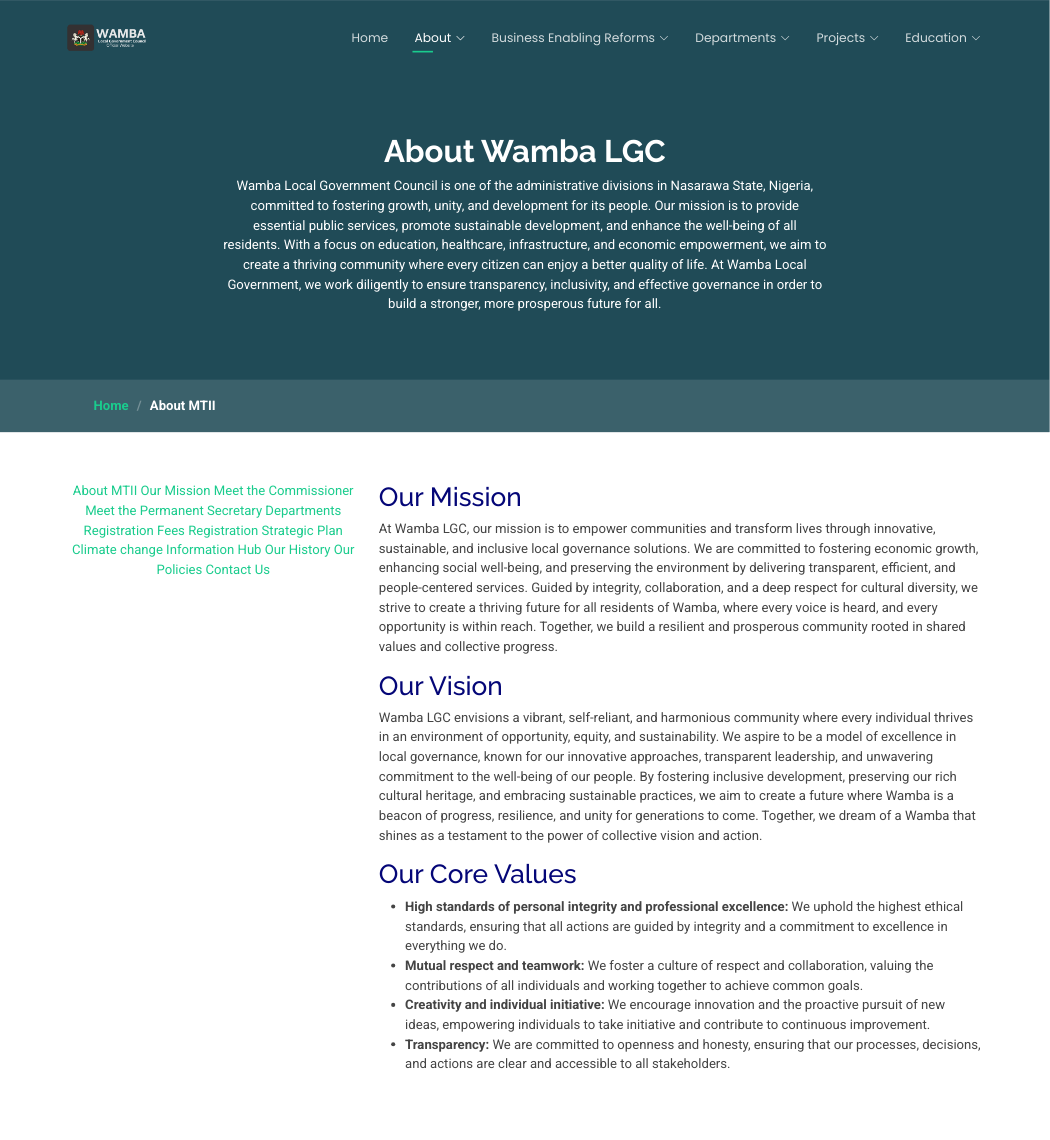
Repository: GlorifiedIntel/wamba-lgc
Page: about-wamba.html
The author's editor kept a copy of each file at every save. The page is drawn from the files as they stood at one save, then again after the next save.
The browser window is 1280 px wide. The pictures show the part of the page from y = 0 to 1390 px (the page is 3123 px tall before and 3099 px after), at 82% of full size.
A picture or video elsewhere on the page could not be fetched, so the positions and the page height are approximate.

Above is the page before, as saved 2025-02-06 01:43:31.
Console error: TypeError: Cannot read properties of null (reading 'click')

### about-wamba.html
<!DOCTYPE html>
<html lang="en">

<head>
  <meta charset="utf-8">
  <meta http-equiv="X-UA-Compatible" content="IE=edge">
  <meta name="viewport" content="width=device-width, initial-scale=1.0">
  <meta name="format-detection" content="telephone=no">
  <meta name="apple-mobile-web-app-capable" content="yes">
  <meta name="author" content="Kevin Cross Minchakpu">
  <meta name="keywords" content="Wamba, Nasarawa, Industry, Trade, Investment, Entrepreneur">
  <meta name="description" content="Wamba Local Government Council is one of the administrative divisions within Nasarawa State, Nigeria. It is located in the northern part of the state and is predominantly inhabited by diverse ethnic groups, including Rindre, and other indigenous communities.Wamba Local Government Council is one of the administrative divisions within Nasarawa State, Nigeria. It is located in the northern part of the state and is predominantly inhabited by diverse ethnic groups, including Rindre, and other indigenous communities.">
  <title>Wamba Local Government Council</title>

  <!-- Favicons -->
  <link href="assets/img/favicon.png" rel="icon">
  <link href="assets/img/apple-touch-icon.png" rel="apple-touch-icon">

  <!-- Fonts -->
  <link href="https://fonts.googleapis.com" rel="preconnect">
  <link href="https://fonts.gstatic.com" rel="preconnect" crossorigin>
  <link href="https://fonts.googleapis.com/css2?family=Roboto:ital,wght@0,100;0,300;0,400;0,500;0,700;0,900;1,100;1,300;1,400;1,500;1,700;1,900&family=Poppins:ital,wght@0,100;0,200;0,300;0,400;0,500;0,600;0,700;0,800;0,900;1,100;1,200;1,300;1,400;1,500;1,600;1,700;1,800;1,900&family=Raleway:ital,wght@0,100;0,200;0,300;0,400;0,500;0,600;0,700;0,800;0,900;1,100;1,200;1,300;1,400;1,500;1,600;1,700;1,800;1,900&display=swap" rel="stylesheet">

  <!-- Vendor CSS Files -->
  <link href="assets/vendor/bootstrap/css/bootstrap.min.css" rel="stylesheet">
  <link href="assets/vendor/bootstrap-icons/bootstrap-icons.css" rel="stylesheet">
  <link href="assets/vendor/aos/aos.css" rel="stylesheet">
  <link href="assets/vendor/glightbox/css/glightbox.min.css" rel="stylesheet">
  <link href="assets/vendor/swiper/swiper-bundle.min.css" rel="stylesheet">

  <!-- Main CSS File -->
  <link href="assets/css/main.css" rel="stylesheet">
</head>

<body class="index-page">
  <header id="header" class="header d-flex align-items-center fixed-top dark-background">
    <div class="container-fluid container-xl position-relative d-flex align-items-center justify-content-between">
      <a href="index.html" class="logo d-flex align-items-center">
        <img src="assets/img/wamba-logo.png" alt="Wamba Logo" >
      </a>
      <nav id="navmenu" class="navmenu">
        <ul>
          <li><a href="index.html">Home</a></li>
          <li class="dropdown"><a href="about-mtii.html" class="active"><span>About</span> <i class="bi bi-chevron-down toggle-dropdown"></i></a>
            <ul>
              <li><a href="about-wamba.html">Wamba LGC</a></li>
                  <li><a href="wamba-history.html">Wamba History</a></li>
                  <li><a href="the-chairman.html" >The Executive Chairman</a></li>
                  <li><a href="the-deputy.html" >The Deputy Chairman</a></li>
                  <li><a href="the-secretary.html" >The Secretary</a></li>
                  <li><a href="directors.html" >Our Legislators</a></li>
                  <li><a href="contact-us.html" >Our Contact</a></li>
            </ul>
          </li>

          <li class="dropdown"><a href="#"><span>Business Enabling Reforms</span> <i class="bi bi-chevron-down toggle-dropdown"></i></a>
            <ul>
              <li><a href="business-plans.html">Business Enabling Action Plan</a></li>
                  <li><a href="grievance.html">Grievance Redress Mechanism</a></li>
                  <li><a href="application-guidelines.html" >Application Guidelines</a></li>
                  <li><a href="legal-framework.html" >Legal Framework</a></li>
                  <li><a href="investment-opportunities.html" >Investment Opportunities</a></li>
              </ul>
          </li>

          <li class="dropdown"><a href="departments.html"><span>Departments</span> <i class="bi bi-chevron-down toggle-dropdown"></i></a>
            <ul>
              <li><a href="admin.html">Administration</a></li>
              <li><a href="agriculture.html">Agriculture</a></li>
              <li><a href="education.html">Education</a></li>
              <li><a href="environment.html">Environmental</a></li>
              <li><a href="finance.html">Finance and Accounts</a></li>
              <li><a href="health.html">Health</a></li>
              <li><a href="all-departments.html">More Departments</a></li>
            </ul>
          </li>

          <li class="dropdown"><a href="projects.html"><span>Projects</span> <i class="bi bi-chevron-down toggle-dropdown"></i></a>
            <ul>
              <li><a href="completed.html">Completed Projects</a></li>
                  <li><a href="ongoing.html">Ongoing Projects</a></li>
                  <li><a href="proposed.html" >Proposed Projects</a></li>
            </ul>
          </li>

          <li class="dropdown"><a href="registration.html"><span>Education</span> <i class="bi bi-chevron-down toggle-dropdown"></i></a>
            <ul>
              <li><a href="ubec.html">UBEC</a></li>
                  <li><a href="secondary-schools.html">Secondary Schools</a></li>
                  <li><a href="private-schools.html" >Private Schools</a></li>
                  <li><a href="relevant-tech.html" >Relevant Technology</a></li>
                  <li><a href="faqs.html" >FAQs</a></li>
            </ul>
          </li>
        </ul>
        <i class="mobile-nav-toggle d-xl-none bi bi-list"></i>
      </nav>

    </div>
  </header>

  <!-- Main Start -->
  <main class="main">
    <!-- Page Title -->
    <div class="page-title dark-background" data-aos="fade">
      <div class="heading">
        <div class="container">
          <div class="row d-flex justify-content-center text-center">
            <div class="col-lg-8">
              <h1>About Wamba LGC</h1>
              <p class="mb-0">Wamba Local Government Council is one of the administrative divisions in Nasarawa State, Nigeria, committed to fostering growth, unity, and development for its people. Our mission is to provide essential public services, promote sustainable development, and enhance the well-being of all residents. With a focus on education, healthcare, infrastructure, and economic empowerment, we aim to create a thriving community where every citizen can enjoy a better quality of life. At Wamba Local Government, we work diligently to ensure transparency, inclusivity, and effective governance in order to build a stronger, more prosperous future for all.</p>
            </div>
          </div>
        </div>
      </div>
      <nav class="breadcrumbs">
        <div class="container">
          <ol>
            <li><a href="index.html">Home</a></li>
            <li class="current">About MTII</li>
          </ol>
        </div>
      </nav>
    </div><!-- End Page Title -->
    </section><!-- Section End -->
    <!-- Section Begin -->
<section id="starter-section" class="starter-section section">
  <div class="container text-center">
    <div class="row justify-content-start">
      <div class="col-md-4 left-column">
        <div class="mtii-vertical-menu">
          <a href="about-mtii.html" class="active">About MTII</a>
          <a href="about-mtii.html">Our Mission</a>
          <a href="the-commissioner.html">Meet the Commissioner</a>
          <a href="the-secretary.html">Meet the Permanent Secretary</a>
          <a href="departments.html">Departments</a>
          <a href="registration-fee.html">Registration Fees</a>
          <a href="online-registration.html">Registration</a>
          <a href="strategic-plans.html">Strategic Plan</a>
          <a href="climate-change.html">Climate change Information Hub</a>
          <a href="our-history.html">Our History</a>
          <a href="our-policies.html">Our Policies</a>
          <a href="contact-us.html">Contact Us</a>
        </div>
      </div>
      <div class="col-md-8 right-column text-start">
        <h2>Our Mission</h2>
    <p>At Wamba LGC, our mission is to empower communities and transform lives through innovative, sustainable, and inclusive local governance solutions. We are committed to fostering economic growth, enhancing social well-being, and preserving the environment by delivering transparent, efficient, and people-centered services. Guided by integrity, collaboration, and a deep respect for cultural diversity, we strive to create a thriving future for all residents of Wamba, where every voice is heard, and every opportunity is within reach. Together, we build a resilient and prosperous community rooted in shared values and collective progress.</p>

    <h2>Our Vision</h2>
    <p>Wamba LGC envisions a vibrant, self-reliant, and harmonious community where every individual thrives in an environment of opportunity, equity, and sustainability. We aspire to be a model of excellence in local governance, known for our innovative approaches, transparent leadership, and unwavering commitment to the well-being of our people. By fostering inclusive development, preserving our rich cultural heritage, and embracing sustainable practices, we aim to create a future where Wamba is a beacon of progress, resilience, and unity for generations to come. Together, we dream of a Wamba that shines as a testament to the power of collective vision and action.</p>

    <h2>Our Core Values</h2>
    <ul>
        <li><strong>High standards of personal integrity and professional excellence:</strong> We uphold the highest ethical standards, ensuring that all actions are guided by integrity and a commitment to excellence in everything we do.</li>
        <li><strong>Mutual respect and teamwork:</strong> We foster a culture of respect and collaboration, valuing the contributions of all individuals and working together to achieve common goals.</li>
        <li><strong>Creativity and individual initiative:</strong> We encourage innovation and the proactive pursuit of new ideas, empowering individuals to take initiative and contribute to continuous improvement.</li>
        <li><strong>Transparency:</strong> We are committed to openness and honesty, ensuring that our processes, decisions, and actions are clear and accessible to all stakeholders.</li>
    </ul>
</div>
</section><!-- /Section end -->
</main>
<!--Main End-->
    <section class="py-5">
      <div class="container">
        <div class="row gx-4 align-items-center">
          <div class="col-md-6 order-2 order-lg-1">
            <div class="me-md-2 me-lg-5 text-center mt-5 mt-md-0">
              <span class="text-muted">Our Goals</span>
              <h2 class="display-5 fw-bold">Our Strategic Goals</h2>
              <p class="elhanan">Business innovation, equity, and resilience are the core principles that guide the efforts of the Nasarawa State Ministry of Trade, Industry, and Investment. These principles are fundamental to our primary objective of enhancing Nasarawa State’s competitiveness in the global economy. The Ministry is committed to a singular, overarching goal: to improve Nasarawa’s economic competitiveness both locally and globally. Each of the Ministry's strategic goals is designed to advance this mission and support the achievement of this critical objective.</p>
            </div>
          </div>
          <div class="col-md-6 order-1 order-lg-2">
            <div class="ms-md-2 ms-lg-5"><img class="img-fluid rounded-3" src="./assets/img/market.jpg"></div>
          </div>
        </div>
      </div>
    </section>
    <section class="jane">
      <div class="row justify-content-center">
        <div class="col-md-8">
          <h4 class="display-6 fw-bold">Our Strategic Objectives</h4>
          <ol class="list-group list-group-numbered">
            <li class="list-group-item">Improve and Drive Nasarawa State's Agriculture, Innovation and Global Competitiveness</li>
            <li class="list-group-item">Promotes Inclusive Equitable Economic Growth</li>
            <li class="list-group-item">Help Local Farmers address the Climate Crisis Through Mitigation, Adaptation, and Resilience Efforts</li>
            <li class="list-group-item">Use Data to Expand Opportunity and Discovery within the State</li>
            <li class="list-group-item">Provide 21st Century Service with 21st Century Capabilities and Innovations</li>
          </ol>
        </div>
        <div class="col-md-4">
          <p class="elhanan fw-bold">More about MTII</p>
          <ul class="nana">
            <li><a href="leadership.html">MTII Leadership</a></li>
            <li><a href="the-commissioner.html">Office of the Honourable Commissioner</a></li>
            <li><a href="the-secretary.html">Office of the Permanent Secretary</a></li>
          </ul>

          <p class="elhanan fw-bold">Portals and Partners</p>
          <ul class="nana">
            <li><a href="#">Nasarawa Central Billing System</a></li>
            <li><a href="https://nasarawaigr.com/">Nasarawa Inland Revenue Service</a></li>
            <li><a href="https://www.firs.gov.ng/">Federal Inland Revenue Service</a></li>
            <li><a href="http://nid.fmiti.gov.ng/">Federal Ministry of Industry Trade and Investment</a></li>
            <li><a href="https://www.cac.gov.ng/">Corporate Affairs Commission</a></li>
            <li><a href="https://www.worldbank.org/ext/en/home">The World Bank</a></li>
          </ul>
      </div>
      </div>
    </section>

    <section>
      <div class="container text-center">
        <div class="row align-items-start">
          <h2 class="display-6">Quick Links</h2>
          <div class="col text-start quick-links">
            <ul>
              <li><a href="about-mtii.html">About Us</a></li>
              <li><a href="about-mtii.html">Our Mission</a></li>
              <li><a href="the-commissioner.html">Meet the Commissioner</a></li>
              <li><a href="the-secretary.html">Meet the Permanent Secretary</a></li>
              <li><a href="departments.html">Departments</a></li>
              <li><a href="strategic-plans.html">Strategic Plan</a></li>
              <li><a href="climate-change.html">Covid-19 Information Hub</a></li>
              <li><a href="our-history.html">Our History</a></li>
              <li><a href="our-policies.html">Our Policies</a></li>
              <li><a href="contact-us.html">Contact Us</a></li>
            </ul>
          </div>
          <div class="col text-start quick-links">
            <ul>
              <li><a href="howtoregister.html">How to Register</a></li>
              <li><a href="online-registration.html">Register</a></li>
              <li><a href="business-name.html">Register Business Name</a></li>
              <li><a href="business-premises.html">Register Business Premises</a></li>
              <li><a href="cooperative.html">Register Cooperative</a></li>
              <li><a href="cooperative.html">Register NGO/CBO</a></li>
              <li><a href="cooperative.html">Register FBO</a></li>
              <li><a href="investment.html">Haulage</a></li>
              <li><a href="investment.html">NAS Spring Waters</a></li>
            </ul>
           </div>
          <div class="col text-start quick-links">
            <ul>
              <li><a href="business-reforms.html">Business Enabling Reforms</a></li>
              <li><a href="grievance.html">Grievance Redress Mechanism</a></li>
              <li><a href="application-guidelines.html">Application Guidelines</a></li>
              <li><a href="legal-framework.html">Legal Framework</a></li>
              <li><a href="investment-opportunities.html">Investment Opportunities</a></li>
              <li><a href="completed.html">Completed Projects</a></li>
              <li><a href="ongoing.html">Ongoing Projects</a></li>
              <li><a href="proposed.html">Proposed Projects</a></li>
            </ul>
          </div>
        </div>
      </div>
    </section>
  </main>

  <!--Main End-->

<!--Footer Start-->
<footer id="footer" class="footer dark-background">

  <div class="container footer-top">
    <div class="row gy-4">
      <div class="col-lg-4 col-md-6 footer-about">
        <a href="index.html" class="logo d-flex align-items-center">
          <span class="sitename">Nasarawa MTII</span>
        </a>
        <div class="footer-contact pt-3">
          <p>Beside St. Williams Catholic Church,</p>
          <p>Jos Road,</p>
          <p>Lafia, Nasarawa State 535022</p>
          <p class="mt-3"><strong>Phone:</strong> <span>+234 5589 55488 55</span></p>
          <p><strong>Email:</strong> <span>info@mtiinasarawa.com.ng</span></p>
        </div>
        <div class="social-links d-flex mt-4">
          <a href=""><i class="bi bi-twitter-x"></i></a>
          <a href=""><i class="bi bi-facebook"></i></a>
          <a href=""><i class="bi bi-instagram"></i></a>
          <a href=""><i class="bi bi-linkedin"></i></a>
        </div>
      </div>

      <div class="col-lg-2 col-md-3 footer-links">
        <h4>Useful Links</h4>
        <ul>
          <li><a href="index.html">Home</a></li>
          <li><a href="about-mtii.html">About us</a></li>
          <li><a href="services.html">Services</a></li>
          <li><a href="terms-of-use.html">Terms of service</a></li>
          <li><a href="privacy-policy.html">Privacy policy</a></li>
        </ul>
      </div>

      <div class="col-lg-2 col-md-3 footer-links">
        <h4>Our Services</h4>
        <ul>
          <li><a href="business-premises.html">Business Premises Registration</a></li>
          <li><a href="ngo-cbo-registration.html">NGOs/CBOs Registration</a></li>
          <li><a href="fbo-registration.html">FBOS Registration</a></li>
          <li><a href="cooperative-registration.html">Co-operative Society Registration</a></li>
          <li><a href="rent.html">Rent/Leasing/Haulage</a></li>
        </ul>
      </div>

      <div class="col-lg-4 col-md-12 footer-newsletter">
        <h4>Our Newsletter</h4>
        <p>Subscribe to our newsletter and receive the latest news about our services!</p>
        <form action="forms/newsletter.php" method="post" class="php-email-form">
          <div class="newsletter-form"><input type="email" name="email"><input type="submit" value="Subscribe"></div>
          <div class="loading">Loading</div>
          <div class="error-message"></div>
          <div class="sent-message">Your subscription request has been sent. Thank you!</div>
        </form>
      </div>

    </div>
  </div>

  <div class="container-fluid copyright text-center mt-4 bg-dark">
    <p>© <span>Copyright</span> <strong class="px-1 sitename">Nasarawa State MTII</strong> <span>All Rights Reserved</span></p>
    <div class="credits">
      Designed & Developed by <a href="https://kevinomics.com/">Kevin Cross Minchakpu</a> Powered By <a href="https://octatesystems.com">Octate Systems</a>
    </div>
  </div>

</footer>

<!-- Scroll Top -->

<button id="scroll-top" class="scroll-top d-flex bg-dark align-items-center justify-content-center"><i class="bi bi-arrow-up-short"></i></button>
<!-- Preloader -->
<div id="preloader"></div>

<!-- Vendor JS Files -->
<script src="assets/vendor/bootstrap/js/bootstrap.bundle.min.js"></script>
<script src="assets/vendor/php-email-form/validate.js"></script>
<script src="assets/vendor/aos/aos.js"></script>
<script src="assets/vendor/glightbox/js/glightbox.min.js"></script>
<script src="assets/vendor/purecounter/purecounter_vanilla.js"></script>
<script src="assets/vendor/swiper/swiper-bundle.min.js"></script>

<!-- Main JS File -->
<script src="assets/js/main.js"></script>
<script src="assets/js/reforms.js"></script>

</body>

</html>

Loaded but not shown: assets/vendor/bootstrap/css/bootstrap.min.css (library); assets/vendor/bootstrap-icons/bootstrap-icons.css (library); assets/vendor/aos/aos.css (library); assets/vendor/glightbox/css/glightbox.min.css (library); assets/vendor/swiper/swiper-bundle.min.css (library); assets/vendor/bootstrap/js/bootstrap.bundle.min.js (library); assets/vendor/php-email-form/validate.js (common file); assets/vendor/aos/aos.js (library); assets/vendor/glightbox/js/glightbox.min.js (library); assets/vendor/purecounter/purecounter_vanilla.js (library); assets/vendor/swiper/swiper-bundle.min.js (library); assets/js/main.js (181 lines, source omitted); assets/js/reforms.js (43 lines, source omitted); assets/css/main.css (1741 lines, source omitted)

After the next save:
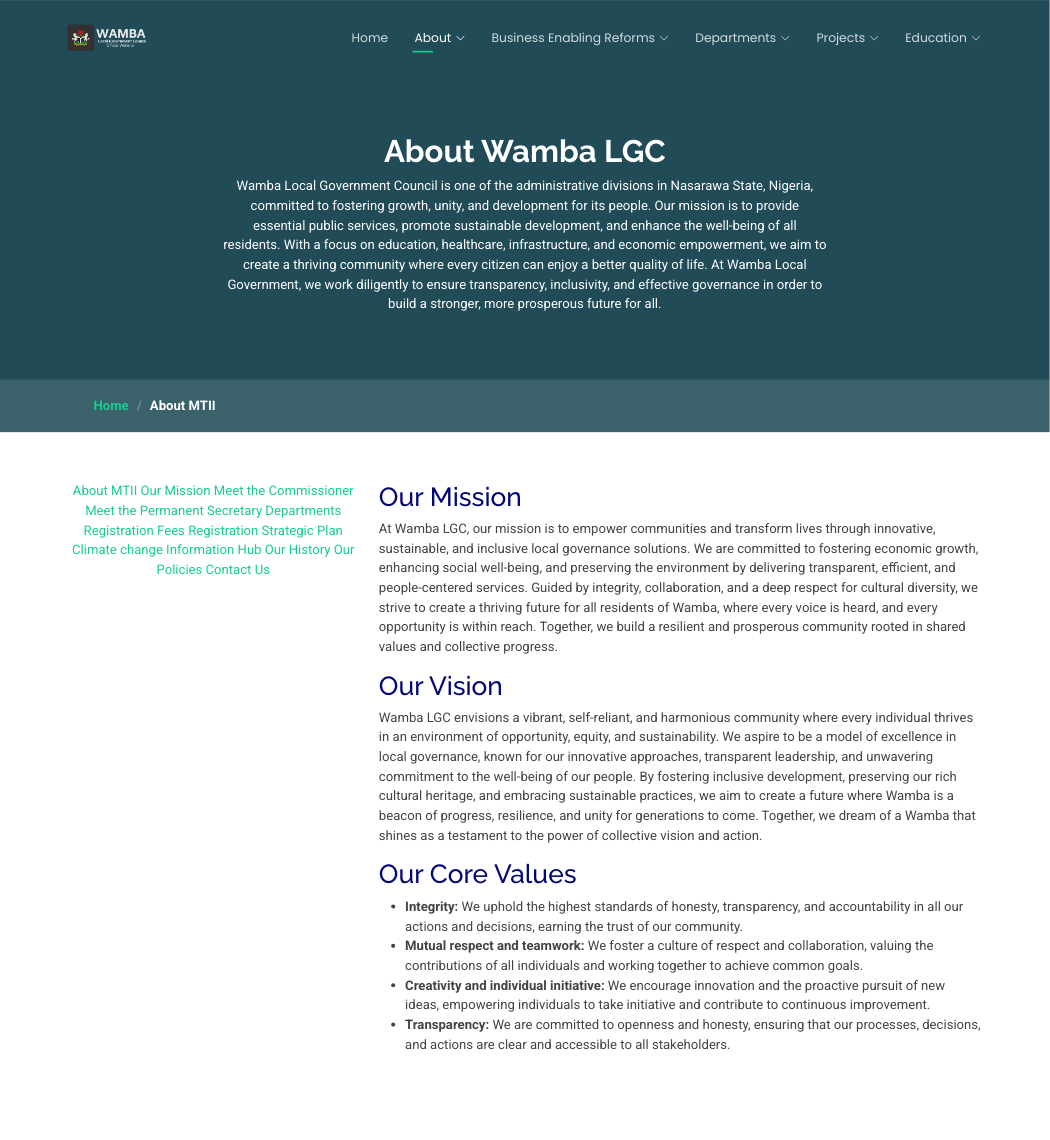
Saved 4 min 17 s later.
--- a/about-wamba.html
+++ b/about-wamba.html
@@ -152,7 +152,7 @@
 
     <h2>Our Core Values</h2>
     <ul>
-        <li><strong>High standards of personal integrity and professional excellence:</strong> We uphold the highest ethical standards, ensuring that all actions are guided by integrity and a commitment to excellence in everything we do.</li>
+        <li><strong>Integrity:</strong> We uphold the highest standards of honesty, transparency, and accountability in all our actions and decisions, earning the trust of our community.        </li>
         <li><strong>Mutual respect and teamwork:</strong> We foster a culture of respect and collaboration, valuing the contributions of all individuals and working together to achieve common goals.</li>
         <li><strong>Creativity and individual initiative:</strong> We encourage innovation and the proactive pursuit of new ideas, empowering individuals to take initiative and contribute to continuous improvement.</li>
         <li><strong>Transparency:</strong> We are committed to openness and honesty, ensuring that our processes, decisions, and actions are clear and accessible to all stakeholders.</li>
